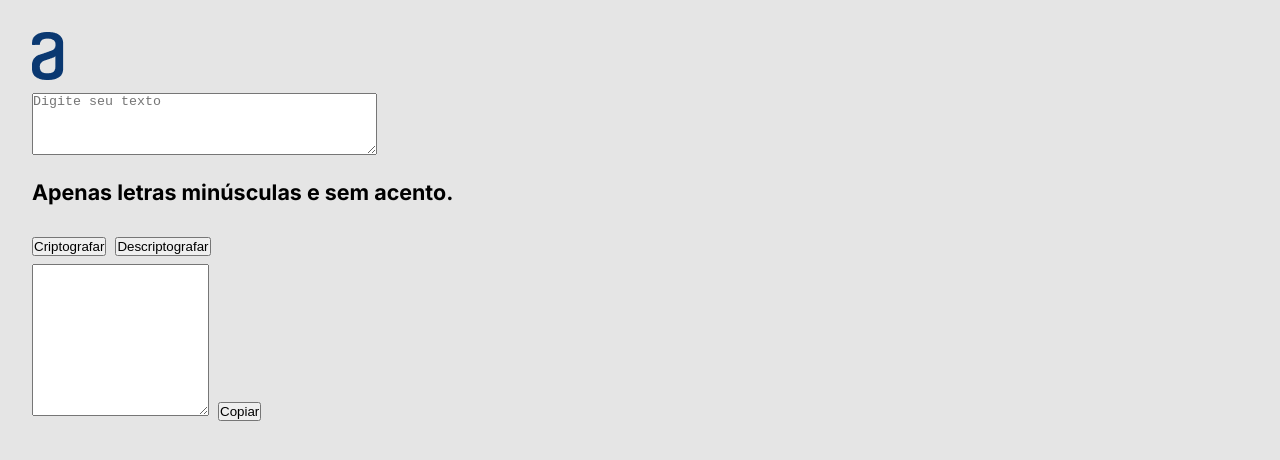
Repository: guilhermecardoso93/decodificador-texto
Page: index.html
An editor plug-in stored every save of this project. The page is shown before and after the next save, followed by the edit.
The browser window is 1280 px wide. The pictures show the whole page.

Above is the page before, as saved 2024-02-28 19:11:50.

### index.html
<!DOCTYPE html>
<html lang="pt-BR">
  <head>
    <meta charset="UTF-8" />
    <meta name="viewport" content="width=device-width, initial-scale=1.0" />
    <link rel="preconnect" href="https://fonts.googleapis.com" />
    <link rel="preconnect" href="https://fonts.gstatic.com" crossorigin />
    <link
      href="https://fonts.googleapis.com/css2?family=Inter:wght@400;500;600;700&display=swap"
      rel="stylesheet"
    />
    <link rel="stylesheet" href="style.css" />
    <title>Desafio - Encriptador</title>
  </head>
  <body>
    <header>
      <img src="./assets/logo.png" alt="Logo Alura" class="'logo-alura" />
    </header>

    <main>
      <section>
        <textarea
          class="text-area"
          cols="41"
          rows="4"
          placeholder="Digite seu texto"
        ></textarea>
        <div class="informaçao">
          <h6>Apenas letras minúsculas e sem acento.</h6>
        </div>
        <div class="botoes">
          <button class="btn-encriptor">Criptografar</button>
          <button class="btn-descriptor">Descriptografar</button>
        </div>
      </section>

      <section>
        <textarea class="mensagem" cols="20" rows="10"></textarea>
        <button class="btn-copiar">Copiar</button>
      </section>
    </main>
  </body>
</html>

### style.css
* {
  margin: 0;
  padding: 0;
  box-sizing: border-box;
}

body {
  background-color: #E5e5e5;
  font-family: "Inter", sans-serif;
  font-weight: 400;
  font-size: 32px;
  line-height: 150%;
  margin: 2rem;
}

.logo-alura {
  margi-left: 10px;
  padding-top: 10px;
  width: 2%;
}

After the next save:
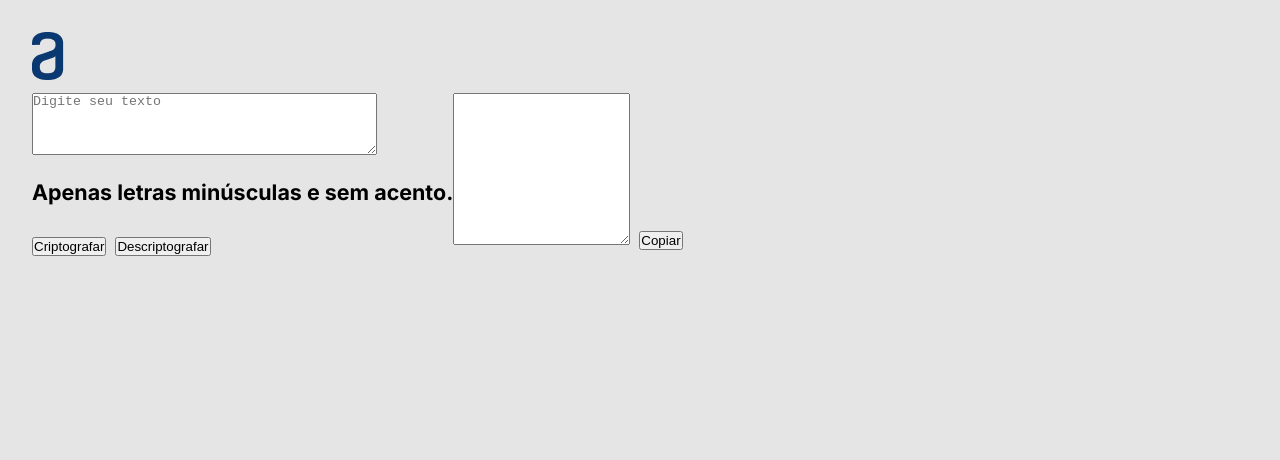
Saved 14 s later.
--- a/style.css
+++ b/style.css
@@ -18,3 +18,7 @@ body {
   padding-top: 10px;
   width: 2%;
 }
+
+main {
+  display: flex;
+}
